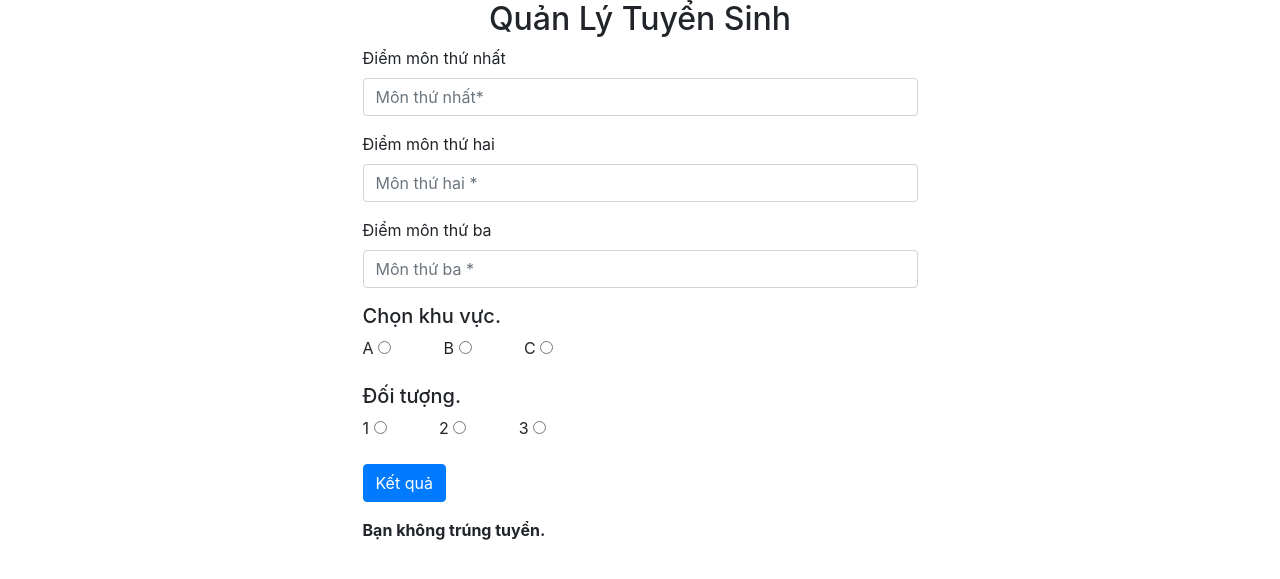
Repository: dovanthao2404/BC14_BaiTap_JS_Buoi_5_dovanthao
Page: html/bai1.html
These files come from the project's save history. The page is drawn as it stood at one moment and after the next save; the edit follows.
The browser window is 1280 px wide. The pictures show the whole page.

Above is the page before, as saved 2021-07-03 17:22:30.

After the next save:
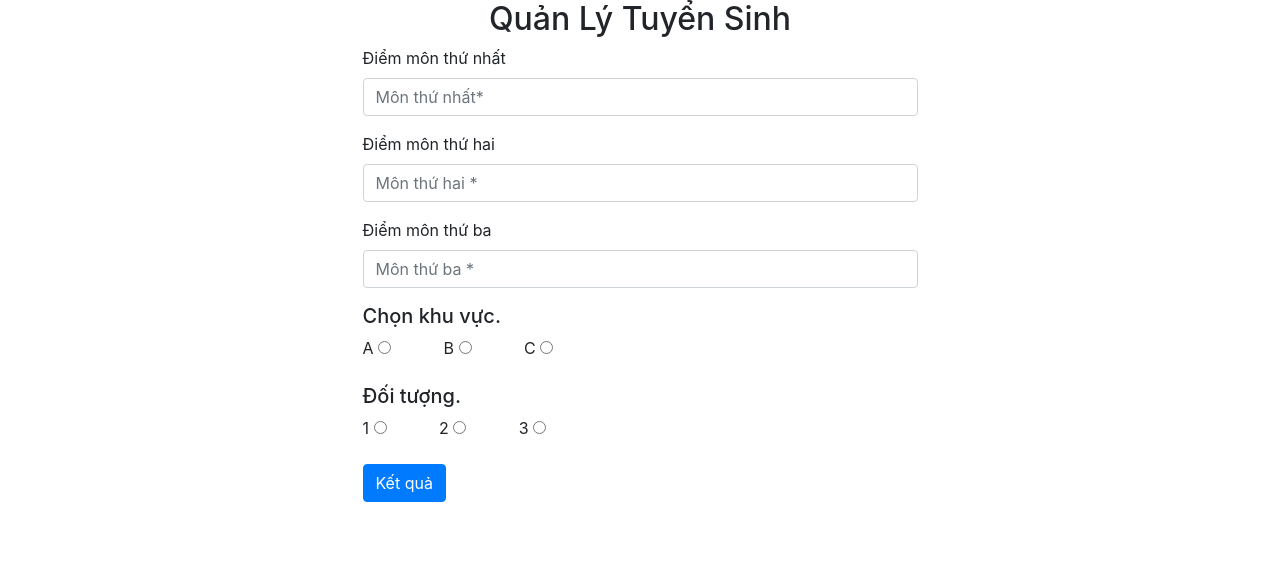
Saved 57 s later.
--- a/html/bai1.html
+++ b/html/bai1.html
@@ -57,7 +57,7 @@
         <button id="result" type="button" class="btn btn-primary">Kết quả</button>
       </form>
       <div class="mt-3 w-50 mx-auto">
-        <b id="showResult">Bạn không trúng tuyển.</b>
+        <!-- <b id="showResult">Bạn không trúng tuyển.</b> -->
       </div>
     </div>
   </div>

After the save that followed:
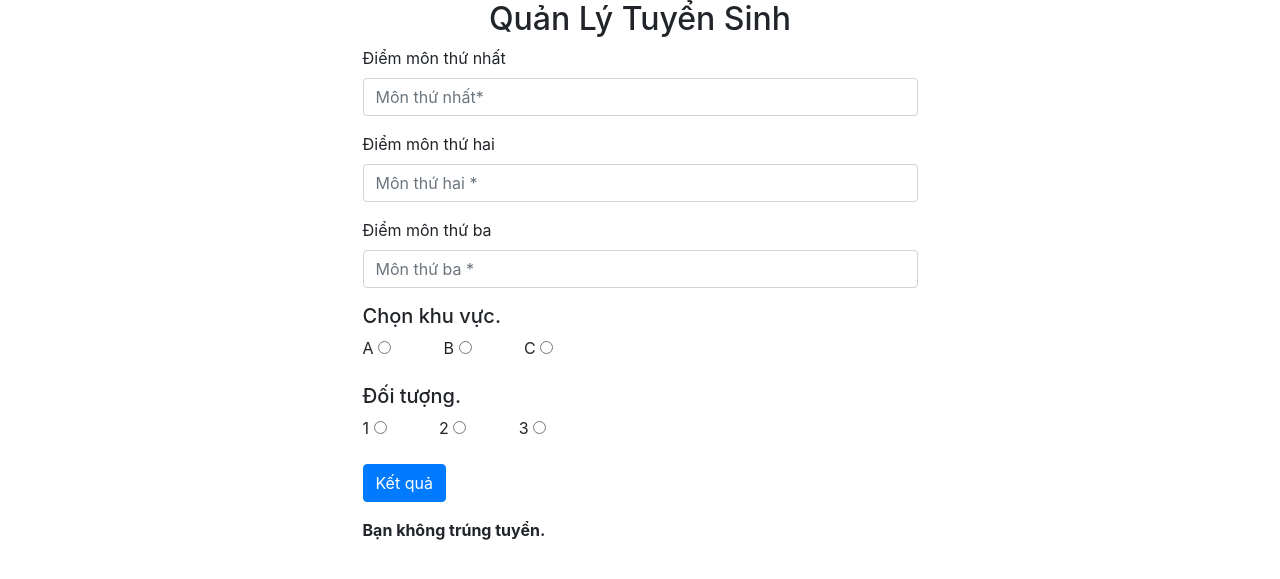
Saved 6 s later.
--- a/html/bai1.html
+++ b/html/bai1.html
@@ -57,7 +57,7 @@
         <button id="result" type="button" class="btn btn-primary">Kết quả</button>
       </form>
       <div class="mt-3 w-50 mx-auto">
-        <!-- <b id="showResult">Bạn không trúng tuyển.</b> -->
+        <b id="showResult">Bạn không trúng tuyển.</b>
       </div>
     </div>
   </div>
